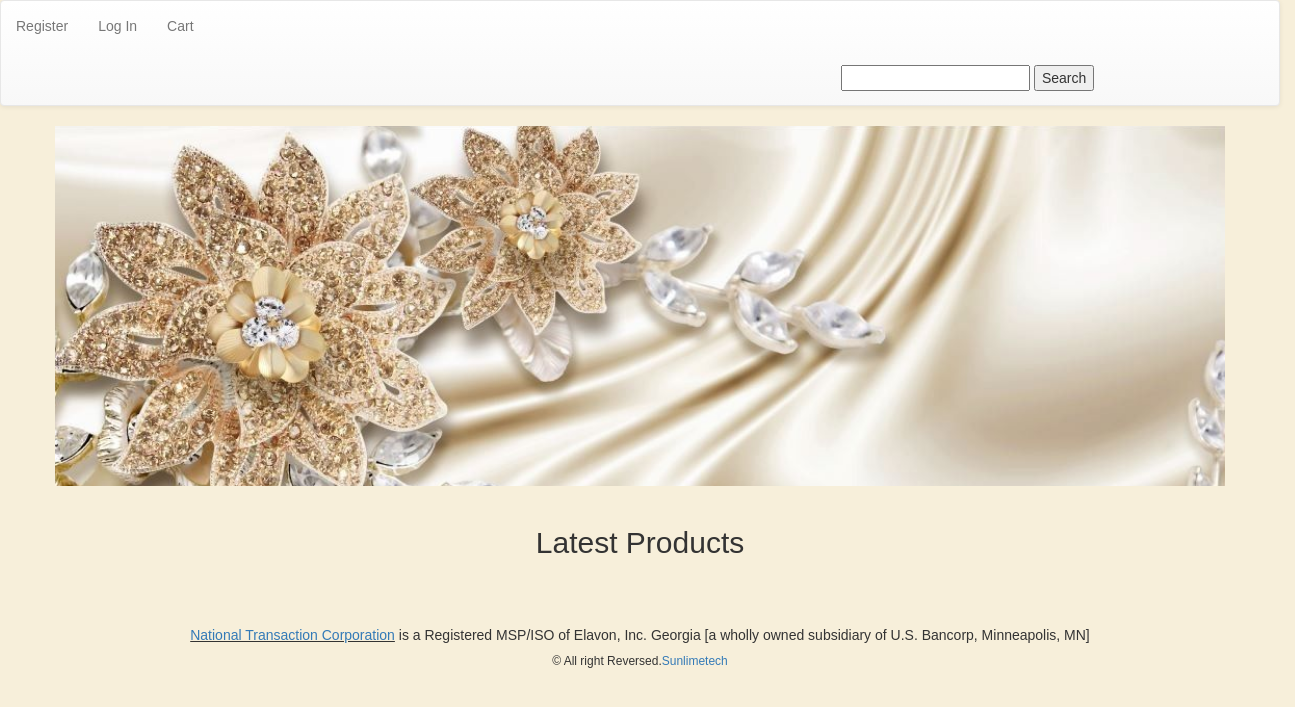
Repository: darhewitt/darragh-ecom
Page: templates/base.html
The author's editor kept a record of every edit. The page is drawn from the files as they stood at one moment, then again after the next edit.
The browser window is 1280 px wide. The page is 1295 px wide, so the pictures cover 1295 px, including what lies to the right of the window. The pictures show the whole page.
Some icons come from a web library that is not loaded, so they are not drawn. Some web libraries are served in a nearby version. The template is drawn by Django 2.2. The application's start-up code is not run. Other server files are loaded and not shown. The template is opened directly, without the code that normally fills it, so the values that code supplies are empty.

Above is the page before.
Console error (its wording comes from the project's code and is left out).

### templates/base.html
{% load staticfiles %}

<html>
    <head>
        <title>{% block page_title %}{% endblock %}</title>
        <link rel="stylesheet" href="https://maxcdn.bootstrapcdn.com/bootstrap/3.3.7/css/bootstrap.min.css" integrity="sha384-BVYiiSIFeK1dGmJRAkycuHAHRg32OmUcww7on3RYdg4Va+PmSTsz/K68vbdEjh4u" crossorigin="anonymous">
        <link rel="stylesheet" href="https://maxcdn.bootstrapcdn.com/bootstrap/3.3.7/css/bootstrap-theme.min.css" integrity="sha384-rHyoN1iRsVXV4nD0JutlnGaslCJuC7uwjduW9SVrLvRYooPp2bWYgmgJQIXwl/Sp" crossorigin="anonymous">
        <link rel="stylesheet" href="{% static 'font-awesome/css/font-awesome.min.css' %}">
        <link rel="stylesheet" href="{% static 'css/style.css' %}" type="text/css">
        <script src="https://maxcdn.bootstrapcdn.com/bootstrap/3.3.7/js/bootstrap.min.js" integrity="sha384-Tc5IQib027qvyjSMfHjOMaLkfuWVxZxUPnCJA7l2mCWNIpG9mGCD8wGNIcPD7Txa" crossorigin="anonymous"></script>
        <script src="https://cdnjs.cloudflare.com/ajax/libs/jquery/3.2.1/jquery.min.js"></script>
        <script src="https://cdnjs.cloudflare.com/ajax/libs/twitter-bootstrap/3.3.7/js/bootstrap.min.js"></script>
        {% block head_js %}
        {% endblock head_js %}
    </head>
    <body>
        <nav class="navbar navbar-default">
            <ul class="nav navbar-nav">
                {% if user.is_authenticated %}
                    <li><a href="{% url 'profile' %}"><i class="fa fa-user"></i>Profile</a></li>
                    <li><a href="{% url 'logout' %}"><i class="fa fa-sign-out"></i>Logout</a></li>
                {% else %}
                    <li><a href="{% url 'registration' %}"><i class="fa fa-user-plus"></i>Register</a></li>
                    <li><a href="{% url 'login' %}"><i class="fa fa-sign-in"></i> Log In</a></li>
                {% endif %}
                <li>
                        <a href="{% url 'view_cart' %}">
                            <i class="fa fa-shipping-cart"></i>Cart
                            {% if product_count > 0 %}
                            <label class="badge badge-warning">{{ product_count }}</label>
                            {% endif %}
                        </a>
                    </li>
                    <li>
                        <div class="display search">
                        <form action="{% url 'search' %}" method="get">
                            <input type="text" name="q">
                            <button type="search">Search</button>
                        </form>
                        </div>
                    </li>
            </ul>
        </nav>
        <div class="container background-image">
        <div class="row first-info" style="background-image: url({% static 'css/jewel-background.jpg' %})"></div>
        </div>

        <h1>{% block page_heading %}{% endblock %}</h1>
        {% if messages %}
        <div>
            {% for message in messages %}
            {{ message }}
            {% endfor %}
        </div>
        {% endif %}
        <div class="container">
        <h2 class="text-center">Latest Products</h2>
        <div class="container">
        {% block content %}{% endblock %}
        </div>
        <style type="text/css">
            .first-info
{
background-repeat:no-repeat;
background-size:100%;
height:50%;
width:auto;
}

.search {
    padding-left: 60em;
    padding-top: 1em;
}

body {
    background-color: #f7efda;
}






        </style>
        </div>
    </body>
    <footer>
        <div class="row">
				<div class="col-xs-12 col-sm-12 col-md-12 mt-2 mt-sm-2 text-center text-white">
					<p><u><a href="https://www.nationaltransaction.com/">National Transaction Corporation</a></u> is a Registered MSP/ISO of Elavon, Inc. Georgia [a wholly owned subsidiary of U.S. Bancorp, Minneapolis, MN]</p>
					<p class="h6">&copy All right Reversed.<a class="text-green ml-2" href="https://www.sunlimetech.com" target="_blank">Sunlimetech</a></p>
				</div>
				</hr>
			</div>
    </footer>
</html>

### static/css/style.css
body {
    font-family: Arial;

}

.icon-bar {
    background-color: #fff;
}

.accountform {
    padding-top: 20px;
}

.badge {
    padding-left: 9px;
    padding-right: 9px;
    -webkit-border-radius: 9px;
    -moz-border-radius: 9px;
    border-radius: 9px;
}

.label-warning[href],
.badge-warning[href] {
    background-color: #c67605;
}

.product {
    background-size: contain;
    background-position: center center;
    background-repeat: no-repeat;
    width: 150px;
    height: 150px;
    margin: 0 auto;
}

caption p {
    word-wrap: break-word;
}

.row.row-flex {
    display: flex;
    flex-wrap: wrap;
    margin-top: 30px;
}

.panel-default {
    border-color: transparent;
    padding: 0 0px;
}

.panel-body {
    height: 100%;
    border: 1px solid #ddd;
}

.product-description {
    min-height: 40px;
}

.first-info
{
background-repeat:no-repeat;
background-size:100%;
height:50%;
width:auto;
}

.search {
    padding-left: 60em;
    padding-top: 1em;
}

.first-info
{
background-repeat:no-repeat;
background-size:100%;
height:50%;
width:auto;
}

.search {
    padding-left: 60em;
    padding-top: 1em;
}

.logo {
    font-family:Cinzel;
}

body {
    background-color: #faf7f0;
}

footer {
    padding-top: 4em;
    padding-bottom: 1em;
}

After the next edit:
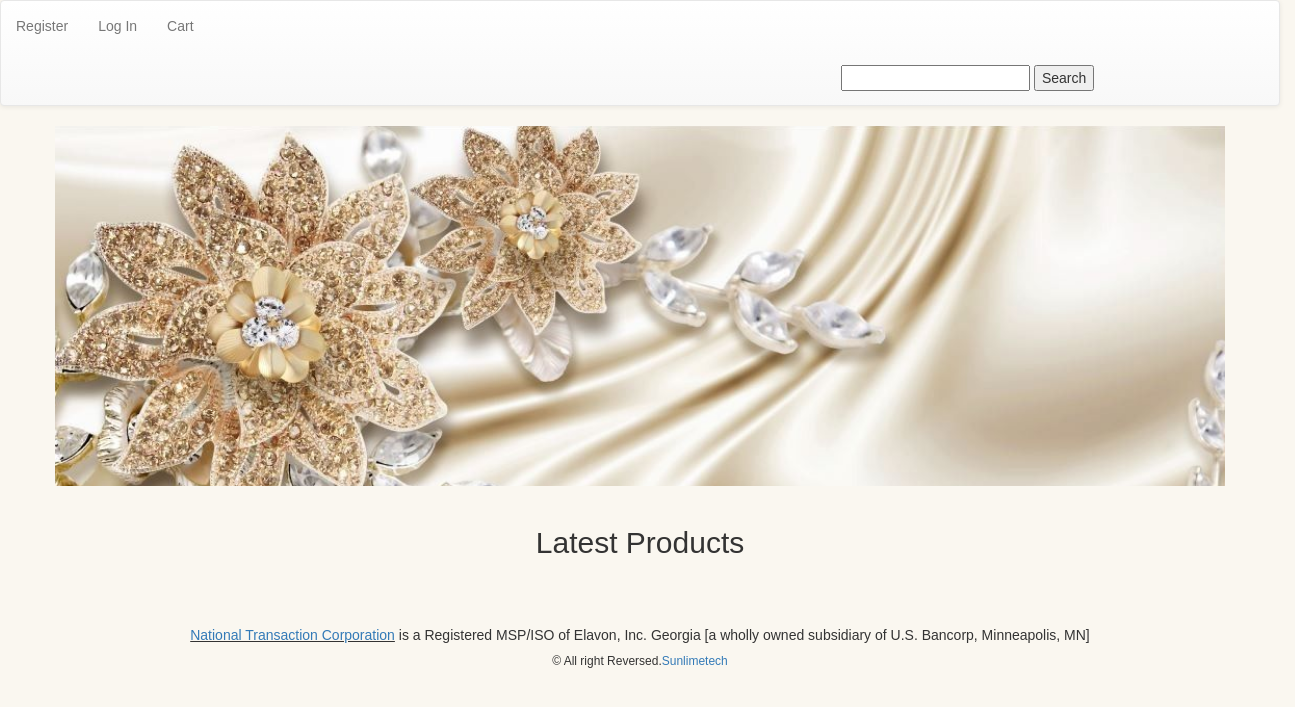
The edit:
--- a/templates/base.html
+++ b/templates/base.html
@@ -73,7 +73,7 @@
 }
 
 body {
-    background-color: #f7efda;
+    background-color: #faf7f0;
 }
 
 
